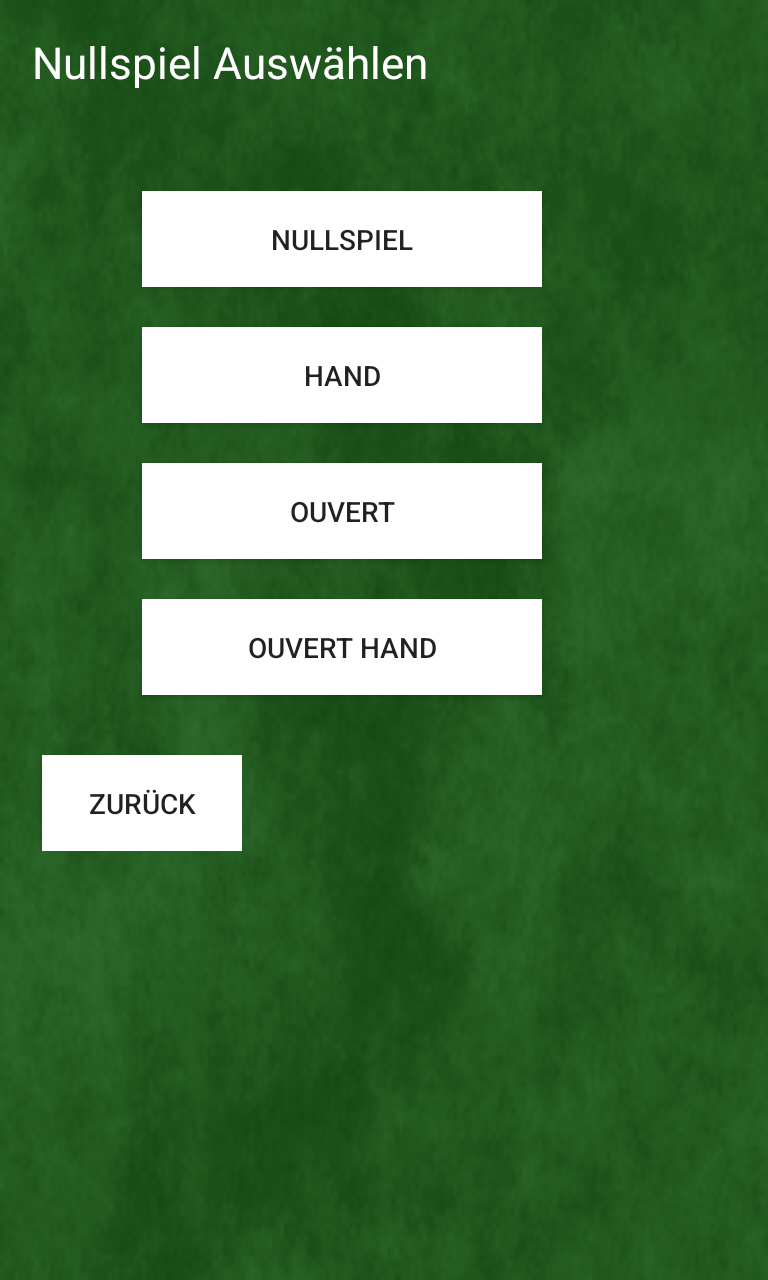
Repository: razinanu/InSy-Skat
Layout: InSy-Skat/res/layout/fragment_null_s.xml
The author's editor kept a copy of each file at every save. The layout is drawn from the files as they stood at one save, then again after the next save.
It is drawn on a 768 x 1280 px phone screen (xhdpi) without system bars, with theme AppThemeWithoutActionBarTitle; the app's code is not run.

Above is the layout before, as saved 2014-06-22 13:28:01.

After the next save:
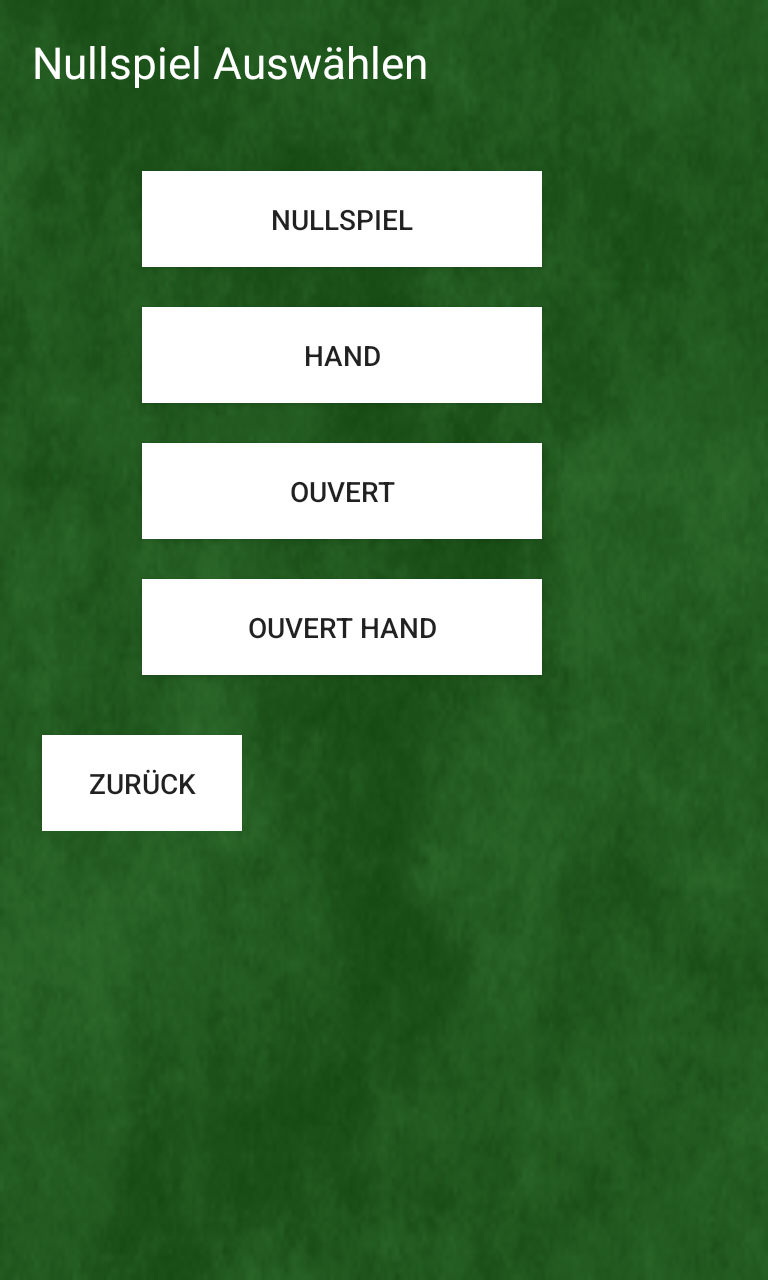
Saved 8 s later.
--- a/InSy-Skat/res/layout/fragment_null_s.xml
+++ b/InSy-Skat/res/layout/fragment_null_s.xml
@@ -31,7 +31,7 @@
                 android:text="@string/nullString"
                 android:onClick="resultNullActivity"
                 android:gravity="center"
-                android:layout_marginTop="50dp"
+                android:layout_marginTop="40dp"
                 android:layout_marginLeft="55dp"
                 android:background="#ffffff" />
 
